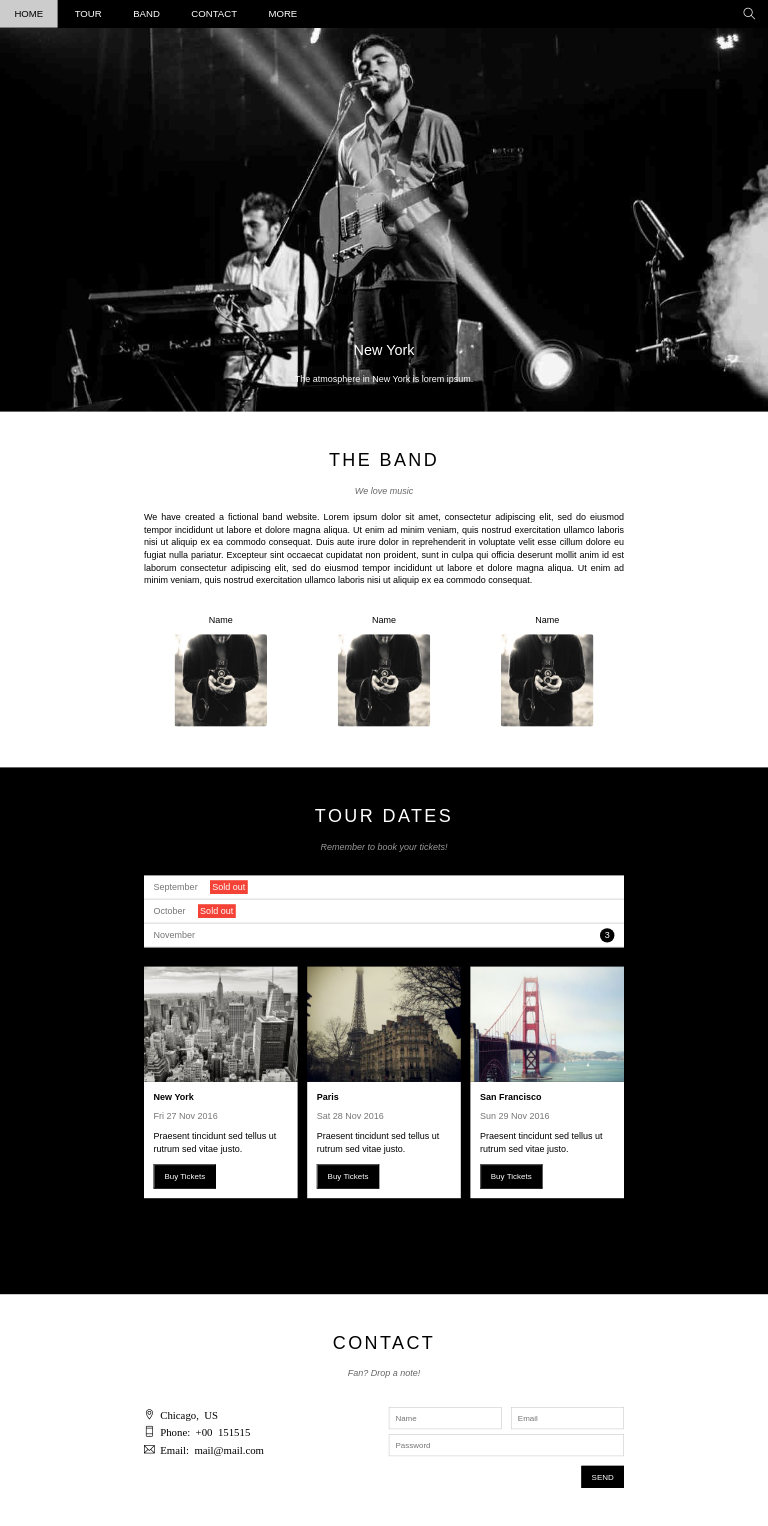
Repository: duyhung0311/band_music
Page: index.html
The author's editor kept a copy of each file at every save. The page is drawn from the files as they stood at one save, then again after the next save.
The browser window is 1280 px wide. The pictures show the whole page, at 60% of full size.

Above is the page before, as saved 2021-08-15 12:45:54.

### index.html
<!DOCTYPE html>
<html lang="en">
  <head>
    <meta charset="UTF-8" />
    <meta http-equiv="X-UA-Compatible" content="IE=edge" />
    <meta name="viewport" content="width=device-width, initial-scale=1.0" />
    <title>Document</title>
    <link rel="stylesheet" href="assets/css/style.css" />
    <link
      rel="stylesheet"
      href="./assets/fonts/themify-icons/themify-icons.css"
    />
  </head>
  <body>
    <div id="main">
      <div id="header">
        <!--#ul>li*5>a  -->
        <!-- Begin : Nav -->
        <ul id="nav">
          <li><a href="">Home</a></li>
          <li><a href="">Tour</a></li>
          <li><a href="">Band</a></li>
          <li><a href="">Contact</a></li>
          <li>
            <a href="">
              More
              <i class="nav-arrow-down ti-angle-dow"></i>
            </a>
            <ul class="subnav">
              <li><a href="">Merchandise</a></li>
              <li><a href="">Extras</a></li>
              <li><a href="">Media</a></li>
            </ul>
          </li>
        </ul>
        <!-- End : Nav -->

        <!-- Begin :Search button -->
        <div class="search-btn">
          <i class="search-icon ti-search"></i>
        </div>
        <!-- End :Search button -->
      </div>

      <div id="slider">
        <div class="text-content">
          <h2 class="text-heading">New York</h2>
          <div class="text-description">
            The atmosphere in New York is lorem ipsum.
          </div>
        </div>
      </div>

      <div id="content">
        <!-- About section -->
        <div class="content-section">
          <h2 class="section-heading">THE BAND</h2>
          <p class="section-sub-heading">We love music</p>
          <p class="about-content">
            We have created a fictional band website. Lorem ipsum dolor sit
            amet, consectetur adipiscing elit, sed do eiusmod tempor incididunt
            ut labore et dolore magna aliqua. Ut enim ad minim veniam, quis
            nostrud exercitation ullamco laboris nisi ut aliquip ex ea commodo
            consequat. Duis aute irure dolor in reprehenderit in voluptate velit
            esse cillum dolore eu fugiat nulla pariatur. Excepteur sint occaecat
            cupidatat non proident, sunt in culpa qui officia deserunt mollit
            anim id est laborum consectetur adipiscing elit, sed do eiusmod
            tempor incididunt ut labore et dolore magna aliqua. Ut enim ad minim
            veniam, quis nostrud exercitation ullamco laboris nisi ut aliquip ex
            ea commodo consequat.
          </p>

          <div class="row members-list">
            <div class="col col-third text-center">
              <p class="member-name">Name</p>
              <img
                src="./assets/img/ban/member1.jpg"
                alt=""
                class="member-avatar"
              />
            </div>

            <div class="col col-third text-center">
              <p class="member-name">Name</p>
              <img
                src="./assets/img/ban/member1.jpg"
                alt=""
                class="member-avatar"
              />
            </div>

            <div class="col col-third text-center">
              <p class="member-name">Name</p>
              <img
                src="./assets/img/ban/member1.jpg"
                alt=""
                class="member-avatar"
              />
            </div>

            <div class="clear"></div>
          </div>
        </div>

        <!-- Tour section -->
        <div class="tour-section">
          <div class="content-section">
            <h2 class="section-heading text-white">TOUR DATES</h2>
            <p class="section-sub-heading text-white">
              Remember to book your tickets!
            </p>

            <!-- Ticket list -->
            <ul class="ticket-list">
              <li>September <span class="sold-out">Sold out</span></li>
              <li>October <span class="sold-out">Sold out</span></li>
              <li>November <span class="quantity">3</span></li>
            </ul>

            <!-- Place list -->
            <div class="row places-list">
              <div class="col col-third">
                <img
                  src="./assets//img/place/place1.jpg"
                  alt="New York"
                  class="place-img"
                />
                <div class="place-body">
                  <h3 class="place-heading">New York</h3>
                  <p class="place-time">Fri 27 Nov 2016</p>
                  <p class="place-description">
                    Praesent tincidunt sed tellus ut rutrum sed vitae justo.
                  </p>
                  <button class="place-buy-btn js-buy-ticket">
                    Buy Tickets
                  </button>
                </div>
              </div>

              <div class="col col-third">
                <img
                  src="./assets//img/place/place2.jpg"
                  alt="Paris"
                  class="place-img"
                />
                <div class="place-body">
                  <h3 class="place-heading">Paris</h3>
                  <p class="place-time">Sat 28 Nov 2016</p>
                  <p class="place-description">
                    Praesent tincidunt sed tellus ut rutrum sed vitae justo.
                  </p>
                  <button class="place-buy-btn js-buy-ticket">
                    Buy Tickets
                  </button>
                </div>
              </div>
              <div class="col col-third">
                <img
                  src="./assets//img/place/place3.jpg"
                  alt="San Francisco"
                  class="place-img"
                />
                <div class="place-body">
                  <h3 class="place-heading">San Francisco</h3>
                  <p class="place-time">Sun 29 Nov 2016</p>
                  <p class="place-description">
                    Praesent tincidunt sed tellus ut rutrum sed vitae justo.
                  </p>
                  <button class="place-buy-btn js-buy-ticket">
                    Buy Tickets
                  </button>
                </div>
              </div>
              <div class="clear"></div>
            </div>
          </div>
        </div>

        <!-- Tour section -->
        <div class="content-section">
          <h2 class="section-heading">CONTACT</h2>
          <p class="section-sub-heading">Fan? Drop a note!</p>
          <div class="row contact-content">
            <div class="col col-half contact-info">
              <p><i class="ti-location-pin"> Chicago, US </i></p>
              <p><i class="ti-mobile"> Phone: +00 151515 </i></p>
              <p><i class="ti-email"> Email: mail@mail.com </i></p>
            </div>
            <div class="col col-half  contact-form">
              <form action="">
                <div class="row">
                  <div class="col col-half">
                    <input
                      type="text"
                      name=""
                      required
                      id=""
                      placeholder="Name"
                      class="form-control"
                    />
                  </div>
                  <div class="col col-half">
                    <input
                      type="email"
                      name=""
                      required
                      id=""
                      placeholder="Email"
                      class="form-control"
                    />
                  </div>
                </div>
                <div class="row mt-8">
                   <div class="col col-full">
                    <input
                      type="password"
                      name=""
                      required
                      id=""
                      placeholder="Password"
                      class="form-control"
                    />
                  </div>
                </div>
                <input type="submit" value="SEND" class="form-submit-btn mt-16">
              </form>
            </div>
          </div>
        </div>
      </div>

      <div id="footer"></div>
    </div>
    <div class="modal js-modal">
      <div class="modal-container js-modal-container">
        <div class="modal-close js-modal-close">
          <i class="ti-close"></i>
        </div>
        <header class="modal-header">
          <i class="modal-heading-icon ti-bag"></i>
          Tickets
        </header>
        <div class="modal-body">
          <label for="ticket-quantity" class="modal-label">
            <i class="ti-shopping-cart"></i>
            Tickets, $15 per person
          </label>
          <input
            id="quantity"
            type="text"
            placeholder="How many?"
            class="modal-input"
          />

          <label for="email" class="modal-label">
            <i class="ti-user"></i>
            Send To
          </label>
          <input
            id="email"
            type="text"
            placeholder="Email"
            class="modal-input"
          />
          <button id="buy-tickets">Pay <i class="ti-check"></i></button>
        </div>
        <footer class="modal-footer">
          <p class="modal-help">Need <a href="">help?</a></p>
        </footer>
      </div>
    </div>
    <script>
      const buyBtns = document.querySelectorAll(".js-buy-ticket");
      const modal = document.querySelector(".modal");
      const modalClose = document.querySelector(".js-modal-close");
      const modalContainer = document.querySelector(".js-modal-container");
      // Hàm hiển thị modal
      function showBuyTickets() {
        modal.classList.add("open");
      }
      // Hàm ẩn đi modal mua vé
      function showCloseTickets() {
        modal.classList.remove("open");
      }
      for (const buyBtn of buyBtns) {
        buyBtn.addEventListener("click", showBuyTickets);
      }
      modalClose.addEventListener("click", showCloseTickets);
      modal.addEventListener("click", showCloseTickets);
      modalContainer.addEventListener("click", function (event) {
        event.stopPropagation();
      });
    </script>
  </body>
</html>

### assets/css/style.css
/*Reset CSS*/
* {
  padding: 0;
  margin: 0;
  box-sizing: border-box;
}
html {
  font-family: Arial, Helvetica, sans-serif;
}
/*
    1. Từ ngoài vào trong
    2. Từ trên xuống dưới
    3. Từ tổng quan đến chi tiết
*/
/*
    1. Vị trí
    2. Kích thước (width height)
    3. Màu sắc
    4. Kiểu dáng (kiểu chữ, hình tròn, vuông, ....)
*/
.clear{
    clear: both;
}
.text-center {
    text-align: center !important;
}
.text-white {
    color: #fff !important;
}
.mt-8 {
    margin-top: 8px !important;
}
.mt-16 {
    margin-top: 16px !important;
}
#main {
}
#header {
  position: fixed;
  top: 0;
  left: 0;
  right: 0;
  z-index: 1;
  height: 46px;
  background-color: #000;
}

#nav {
  display: inline-block;
}

/* cách bỏ dấu chấm đầu dòng của thằng ul */
#nav,
.subnav {
  list-style-type: none;
}

#nav > li {
  display: inline-block;
}
#nav li {
  /* inline là trên 1 hàng block giữ lại kích thước khối */
  position: relative;
}

#nav > li > a {
  color: #fff;
  text-transform: uppercase;
}

#nav li a {
  text-decoration: none;
  line-height: 46px;
  padding: 0 24px;
  display: block;
  /* inline k tính chiều cao và chiều rộng được */
}

#nav li:hover .subnav {
  display: block;
}

#nav > li:hover > a,
#nav .subnav li:hover a {
  color: #000;
  background-color: #ccc;
}

#nav .subnav {
  display: none;
  min-width: 160px;
  position: absolute;
  top: 100%;
  /* top = 100% là nó lấy chính chiều cao
    100% của chính nó */
  left: 0;
  background-color: #fff;
  box-shadow: 0 0 10px rgba(0, 0, 0, 0.3);
}

#nav .subnav a {
  color: #000;
  padding: 0 12px;
  line-height: 38px;
}

#nav .nav-arrow-down {
  font-size: 14px;
}

#header .search-btn {
  float: right;
  padding: 0 21px;
  cursor: pointer;
}

#header .search-btn:hover {
  background-color: #f44336;
}

#header .search-icon {
  color: #fff;
  font-size: 20px;
  line-height: 46px;
}

#slider {
    position: relative;
    margin-top: 46px;
    padding-top: 50%;
    background:url('./../img/slider/slider1.jpg') top center / cover no-repeat;
}
#slider .text-content   {
    position: absolute;
    bottom: 46px;
    left: 50%;
    color: #fff;
    transform: translateX(-50%);
    text-align: center;
}

#slider .text-heading   {
    font-weight: 500;
    font-size: 24px;
}

#slider .text-description   {
    font-size: 15px;
    margin-top: 25px;
}

#content {

}

#content .content-section{
    width: 800px;
    margin: 0 auto;
    padding: 64px 0;
}

#content .section-heading {
    font-size: 30px;
    font-weight: 500;
    letter-spacing: 4px;
}

#content .section-sub-heading,
#content .about-content {
    margin-top: 25px;
    font-size: 15px;
}

#content .section-heading,
#content .section-sub-heading {
    text-align: center;
}

#content .section-sub-heading {
    font-style: italic;
    opacity: 0.6;
}

#content .about-content {
    text-align: justify;
    line-height: 1.4;
}

#content .members-list {
    margin-top: 48px;
    /* overflow: hidden; */
}

#content .member-item {
    text-align: center;
}

#content .member-name {
    font-size: 15px;
}

#content .member-avatar {
    width: 154px;
    margin-top:15px;
    border-radius: 4px;
}
/* Tour section */
.tour-section {
    background: #000;
}

.ticket-list li {
    color: #757575;
    font-size: 15px;
    padding: 11px 16px;
    border-bottom: 1px solid #bbb;
    list-style-type: none;
}

.ticket-list {
    background:#fff;
    margin-top: 40px;
}


.ticket-list .sold-out {
    color: #fff;
    background: #f44336;
    padding: 3px 4px;
    margin-left: 16px;
}

.ticket-list .quantity {
    float: right;
    margin-top: -3px;
    width: 24px;
    height: 24px;
    background:#000;
    color: #fff;
    border-radius: 50%;
    text-align: center;
    line-height: 24px;
}
.places-list{
    margin-top: 32px;
    margin-bottom: 48px;
    padding-bottom: 48px;
}

/* .places-list .place-item{ */
    /* float: left;
    padding: 0 8px; */
    /* width: calc(100%/3); */
/* } */
.places-list .place-img{
    width: 100%;
    display: block;
}
.places-list .place-img:hover{
    opacity: 0.6;
}
.places-list .place-body{
    padding: 16px;
    background-color: #fff;
    font-size: 15px;
}
.place-body .place-heading{
    font-size: 15px;
    font-weight:600;
}
.place-body .place-time{
    margin-top: 15px;
    color: #757575;
}
.place-body .place-description{
    margin-top: 15px;
    line-height: 1.4;
}
.place-body .place-buy-btn{
    color: #fff;
    background :#000;
    text-decoration: none;
    padding:11px 16px;
    display: inline-block;
    margin-top: 15px;
}
.place-body .place-buy-btn:hover{
    color: #000;
    background: #ccc;
}
/* Footer section */
#footer {
}
.modal{
    position: fixed;
    top: 0;
    bottom: 0;
    left: 0;
    right: 0;
    background: rgba(0,0,0,0.3);
    display: none;
    align-items: center;
    justify-content: center;
}
.modal.open {
    display: flex;
}
.modal .modal-container {
    background: #fff;
    width: 900px;
    min-height: 200px;
    max-width: calc(100% - 32px);
    animation: modalFadeIn ease-in .5s;
}
.modal .modal-header{
    background: #009688;
    height: 130px;
    display: flex;
    align-items: center;
    justify-content: center;
    font-size: 30px;
    color: #fff;
}
.modal-header .modal-heading-icon {
    margin-right: 16px;
}
.modal .modal-container {
    position: relative;
}
.modal-container .modal-close {
    position: absolute;
    top: 0;
    right: 0;
    padding: 12px;
    cursor: pointer;
    opacity: 0.9;
}
.modal-container .modal-close:hover {
    opacity: 1;
}
.modal-container .modal-body {
    padding: 16px;
}
.modal-body .modal-label {
    display: block;
    font-size: 15px;
    margin-bottom: 12px;
}
.modal-body .modal-input {
    border:1px solid #ccc;
    width: 100%;
    padding: 10px;
    font-size: 15px;
    margin-bottom: 24px;
}
.modal-body #buy-tickets{
      background: #009688;
      border: none;
      color:#fff;
      width: 100%;
      text-transform: uppercase;
      padding:18px;
      cursor: pointer;
}
.modal-body #buy-tickets:hover {
    opacity: 0.9;
}
.modal-footer{
    padding: 16px;
    text-align: right;
}
.modal-footer a {
    color: #2196f3;
}
.row {
    margin-left: -8px;
    margin-right: -8px;
}
.row::after {
    content :"";
    display: block;
    clear: both;
}
.col {
    padding-left: 8px;
    padding-right: 8px;
    float: left;
}
.col-third {
    width:calc(100% / 3)
}
.col-half {
    width:50%;
}
.col-full {
    width:100%;
}
.contact-content{
    margin-top: 48px;
}
.contact-info {
    font-size: 18px;
    line-height: 1.6;
}
.contact-info i[class*="ti-"]  {
    width: 30px;
}
.contact-form{
    font-size: 15px;
}
.contact-form .form-control {
    padding : 10px;
    border: 1px solid #ccc;
    width: 100%;
}
.contact-form .form-submit-btn {
    background: #000;
    color: #fff;
    border: 1px solid #000;
    padding: 10px 16px;
    float: right;
}
@keyframes modalFadeIn {
    from {
        transform: translateY(-140px);
        opacity: 0;
    }
    to {
        transform: translateY(0);
        opacity: 1;
    }
}

Loaded but not shown: assets/fonts/themify-icons/themify-icons.css (common file)

After the next save:
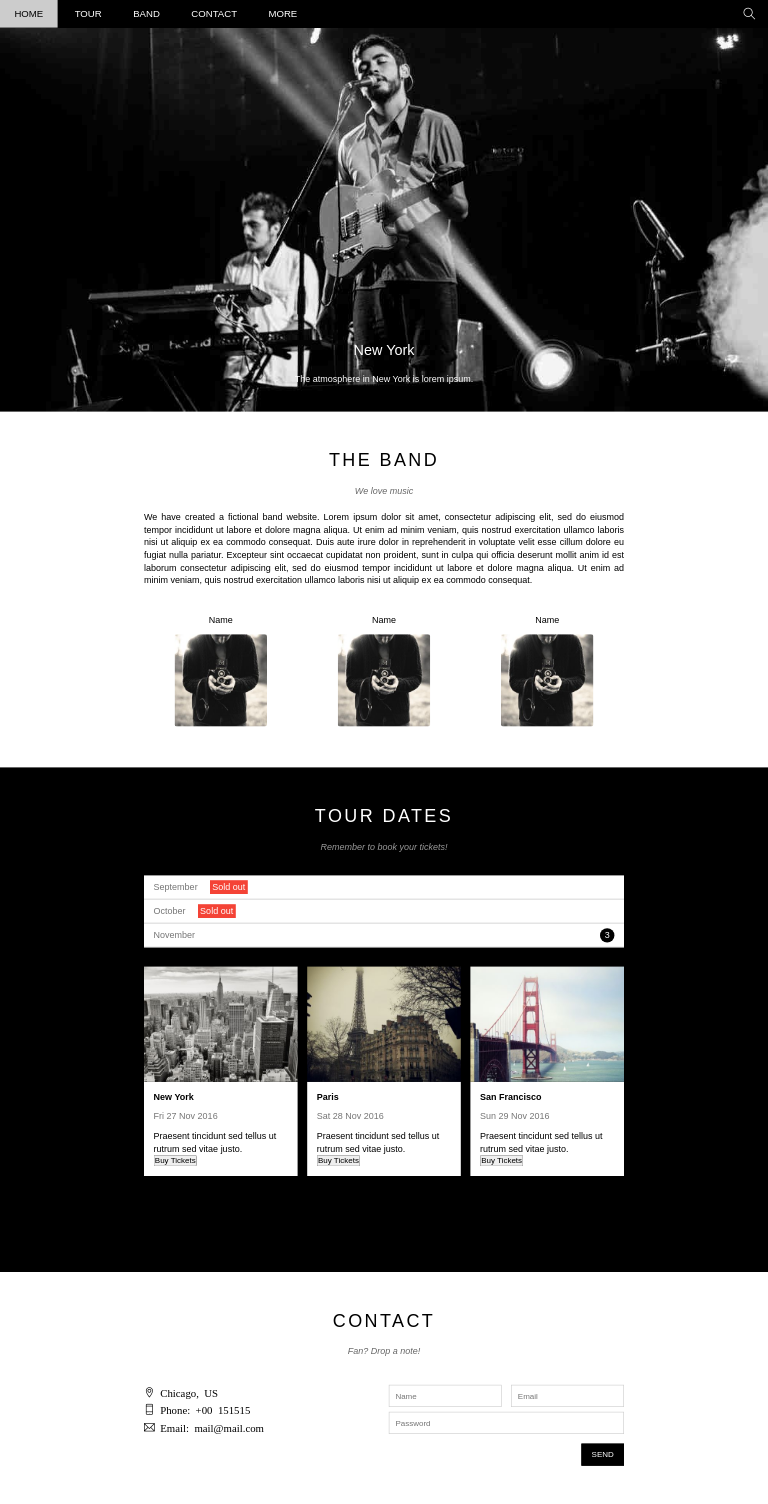
Saved 22 min 39 s later.
--- a/index.html
+++ b/index.html
@@ -131,7 +131,7 @@
                   <p class="place-description">
                     Praesent tincidunt sed tellus ut rutrum sed vitae justo.
                   </p>
-                  <button class="place-buy-btn js-buy-ticket">
+                  <button class="btn js-buy-ticket">
                     Buy Tickets
                   </button>
                 </div>
@@ -149,7 +149,7 @@
                   <p class="place-description">
                     Praesent tincidunt sed tellus ut rutrum sed vitae justo.
                   </p>
-                  <button class="place-buy-btn js-buy-ticket">
+                  <button class="btn js-buy-ticket">
                     Buy Tickets
                   </button>
                 </div>
@@ -166,7 +166,7 @@
                   <p class="place-description">
                     Praesent tincidunt sed tellus ut rutrum sed vitae justo.
                   </p>
-                  <button class="place-buy-btn js-buy-ticket">
+                  <button class="btn js-buy-ticket">
                     Buy Tickets
                   </button>
                 </div>

After the save that followed:
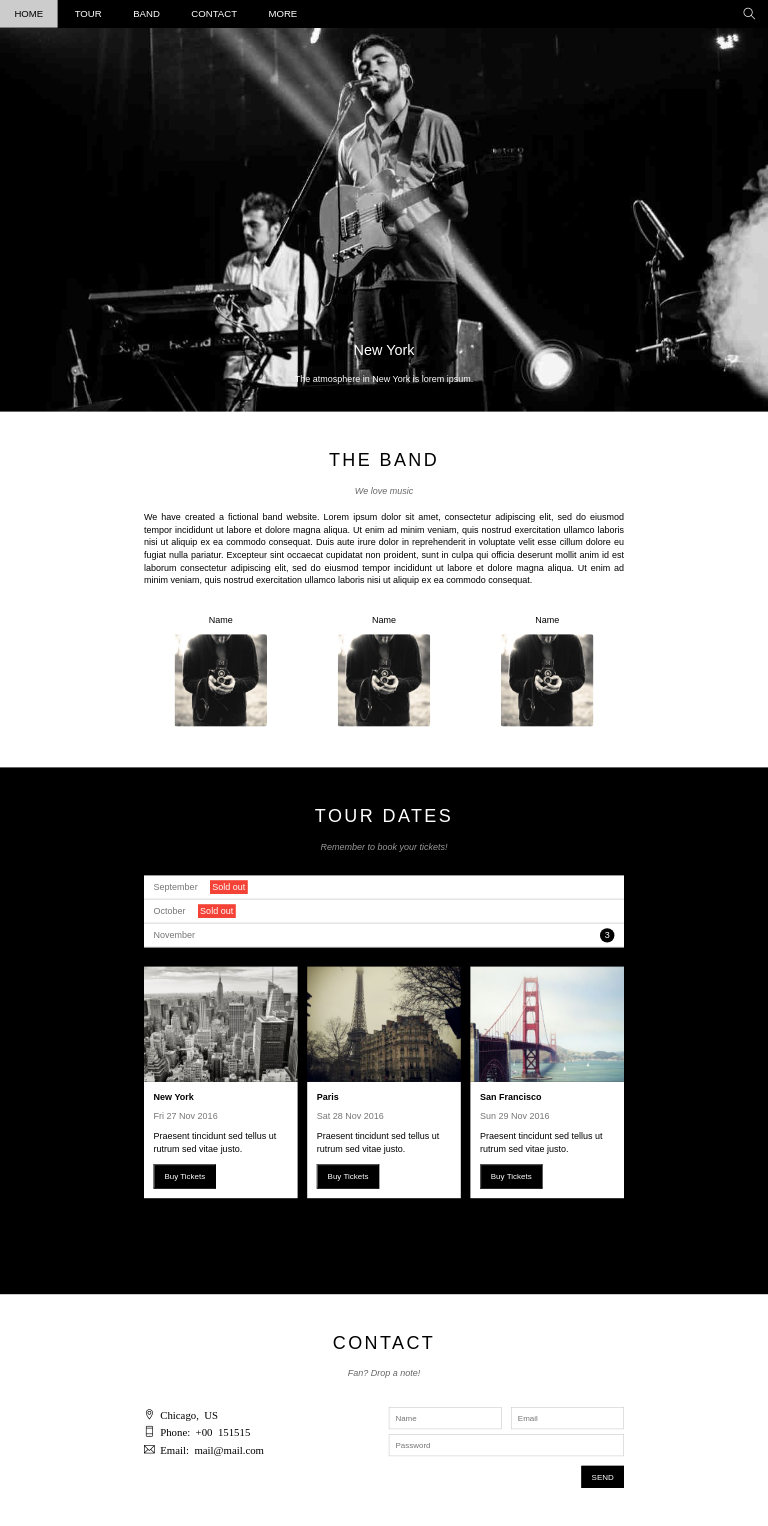
Saved 28 s later.
--- a/assets/css/style.css
+++ b/assets/css/style.css
@@ -33,6 +33,18 @@ html {
 .mt-16 {
     margin-top: 16px !important;
 }
+.place-body .btn{
+    color: #fff;
+    background :#000;
+    text-decoration: none;
+    padding:11px 16px;
+    display: inline-block;
+    margin-top: 15px;
+}
+.place-body .btn:hover{
+    color: #000;
+    background: #ccc;
+}
 #main {
 }
 #header {
@@ -276,18 +288,6 @@ html {
     margin-top: 15px;
     line-height: 1.4;
 }
-.place-body .place-buy-btn{
-    color: #fff;
-    background :#000;
-    text-decoration: none;
-    padding:11px 16px;
-    display: inline-block;
-    margin-top: 15px;
-}
-.place-body .place-buy-btn:hover{
-    color: #000;
-    background: #ccc;
-}
 /* Footer section */
 #footer {
 }
